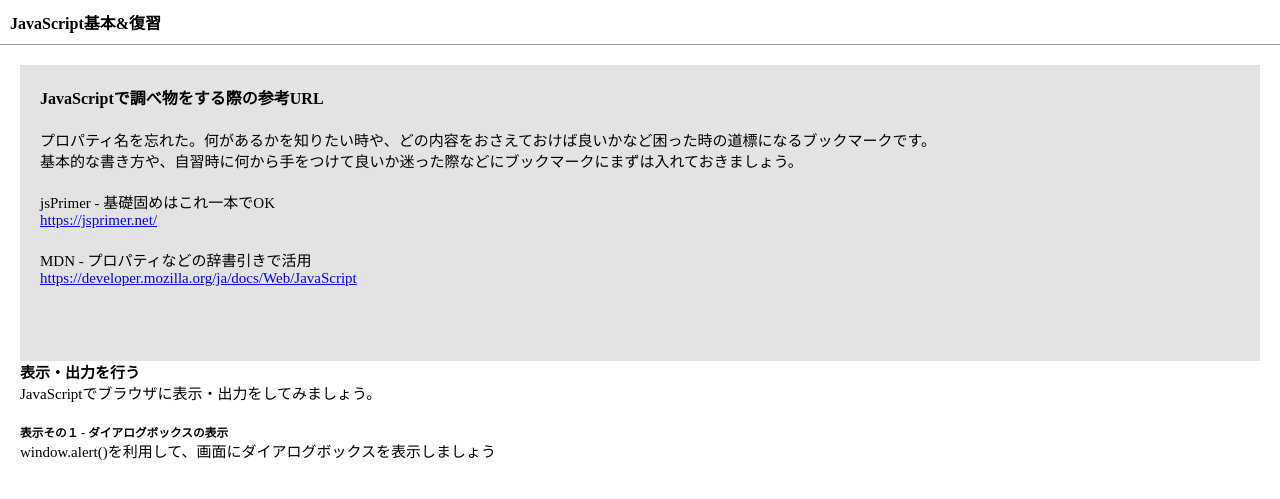
Repository: Yuto-Arakawa/study_js
Page: 01_basic/荒川/ara_basic01.html
An editor plug-in stored every save of this project. The page is shown before and after the next save, followed by the edit.
The browser window is 1280 px wide. The pictures show the whole page.

Above is the page before, as saved 2026-11-06 14:59:40.

After the next save:
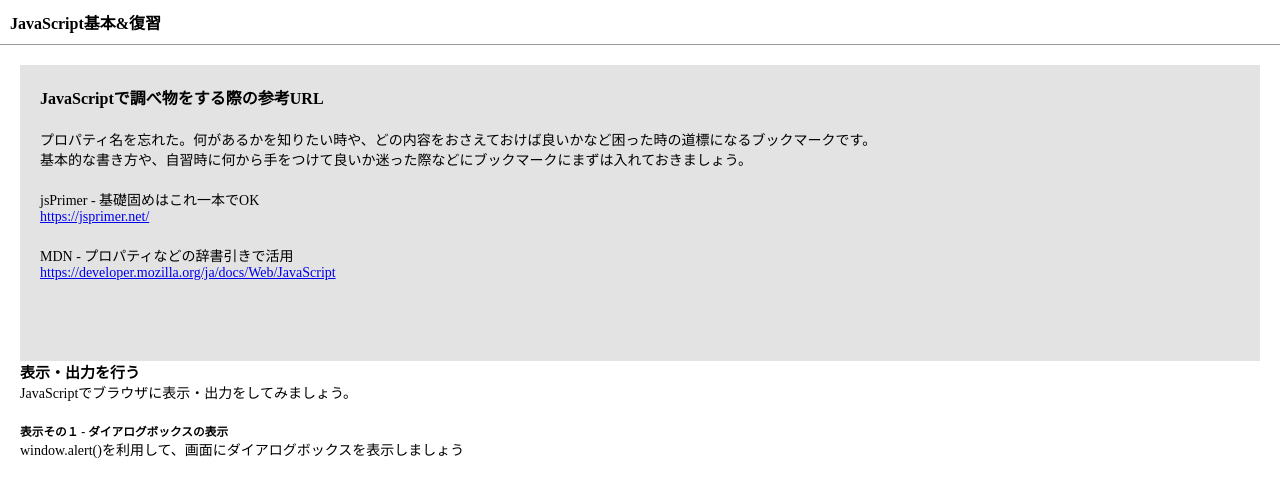
Saved 17 min 5 s later.
--- a/01_basic/荒川/css/basic01.css
+++ b/01_basic/荒川/css/basic01.css
@@ -11,7 +11,7 @@ header{
 main{
     padding: 20px;
     p{
-        font-size: 15px;
+        font-size: 14px;
         margin-bottom: 20px;
     }
 }
